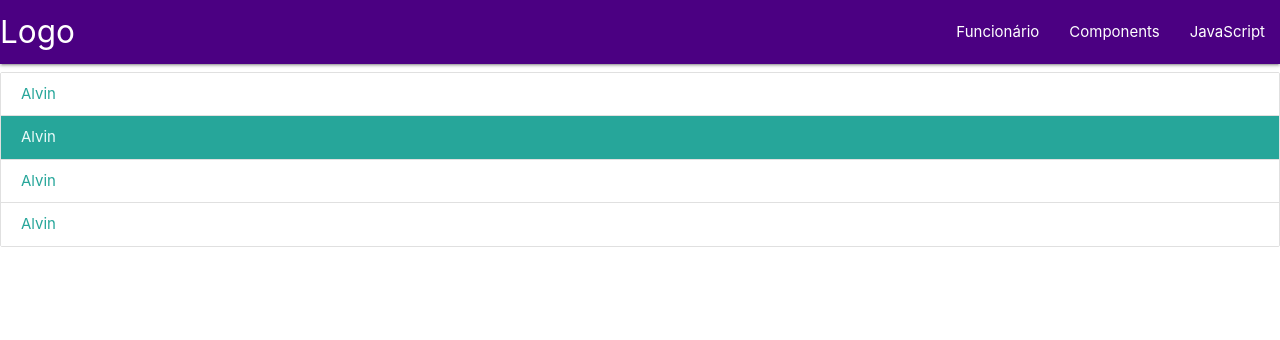
Repository: andrehct/CONCESSIONARIA_BD
Page: http://localhost/Projeto/funcionario/listar.jsp
These files come from the project's save history. The page is drawn as it stood at one moment and after the next save; the edit follows.
The browser window is 1280 px wide. The pictures show the whole page.
The page is served by Tomcat 9. Other server files are loaded and not shown.

Above is the page before, as saved 2019-06-28 14:20:35.

### Projeto/WebContent/funcionario/listar.jsp
<%@ page language="java" contentType="text/html; charset=ISO-8859-1"
    pageEncoding="ISO-8859-1"%>
<!DOCTYPE html>
<html>
<head>
<meta charset="ISO-8859-1">
<title>::: Lista de Funcionários :::</title>
<%@ include file="../menu.jsp" %>
</head>
<body>

	<div class="collection">
        <a href="#!" class="collection-item">Alvin</a>
        <a href="#!" class="collection-item active">Alvin</a>
        <a href="#!" class="collection-item">Alvin</a>
        <a href="#!" class="collection-item">Alvin</a>
      </div>

</body>
</html>

### Projeto/WebContent/menu.jsp
<!--Import Google Icon Font-->
<link href="https://fonts.googleapis.com/icon?family=Material+Icons" rel="stylesheet">
<!--Import materialize.css-->
<link type="text/css" rel="stylesheet" href="../css/materialize.min.css"  media="screen,projection"/>

<!--Let browser know website is optimized for mobile-->
<meta name="viewport" content="width=device-width, initial-scale=1.0"/>
<header>
 <nav>
  <div class="nav-wrapper">
    <a href="#" class="brand-logo">Logo</a>
    <ul id="nav-mobile" class="right hide-on-med-and-down">
      <li><a href="FuncionarioController">Funcionário</a></li>
      <li><a href="badges.html">Components</a></li>
      <li><a href="collapsible.html">JavaScript</a></li>
    </ul>
  </div>
</nav>
</header>

<!--JavaScript at end of body for optimized loading-->
<script type="text/javascript" src="../js/materialize.min.js"></script>

Loaded but not shown: Projeto/WebContent/css/materialize.min.css (library); Projeto/WebContent/js/materialize.min.js (library)

After the next save:
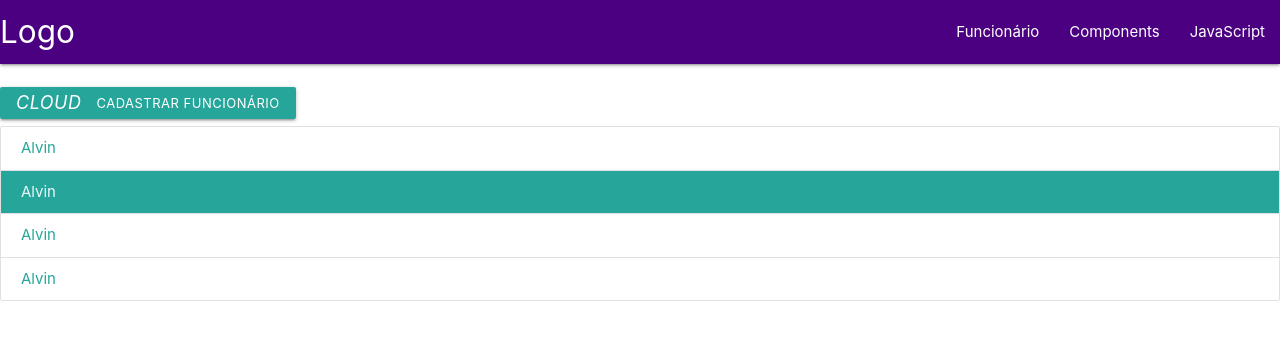
Saved 2 min 2 s later.
--- a/Projeto/WebContent/funcionario/listar.jsp
+++ b/Projeto/WebContent/funcionario/listar.jsp
@@ -8,7 +8,9 @@
 <%@ include file="../menu.jsp" %>
 </head>
 <body>
-
+    <br/>
+      <a class="waves-effect waves-light btn-small"><i class="material-icons left">cloud</i>Cadastrar Funcionário</a>
+    <br/>
 	<div class="collection">
         <a href="#!" class="collection-item">Alvin</a>
         <a href="#!" class="collection-item active">Alvin</a>
